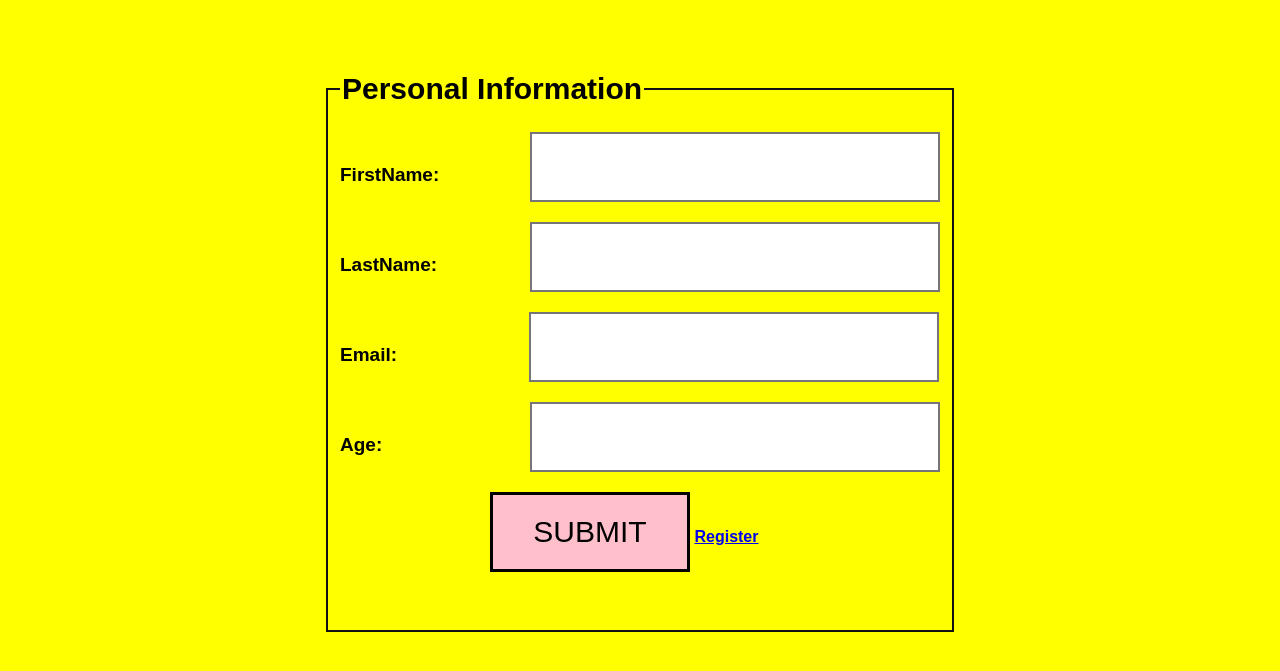
Repository: Femi007-gh/Legend
Page: index.html
An editor plug-in stored every save of this project. The page is shown before and after the next save, followed by the edit.
The browser window is 1280 px wide. The pictures show the whole page.

Above is the page before, as saved 2025-04-08 09:35:48.

After the next save:
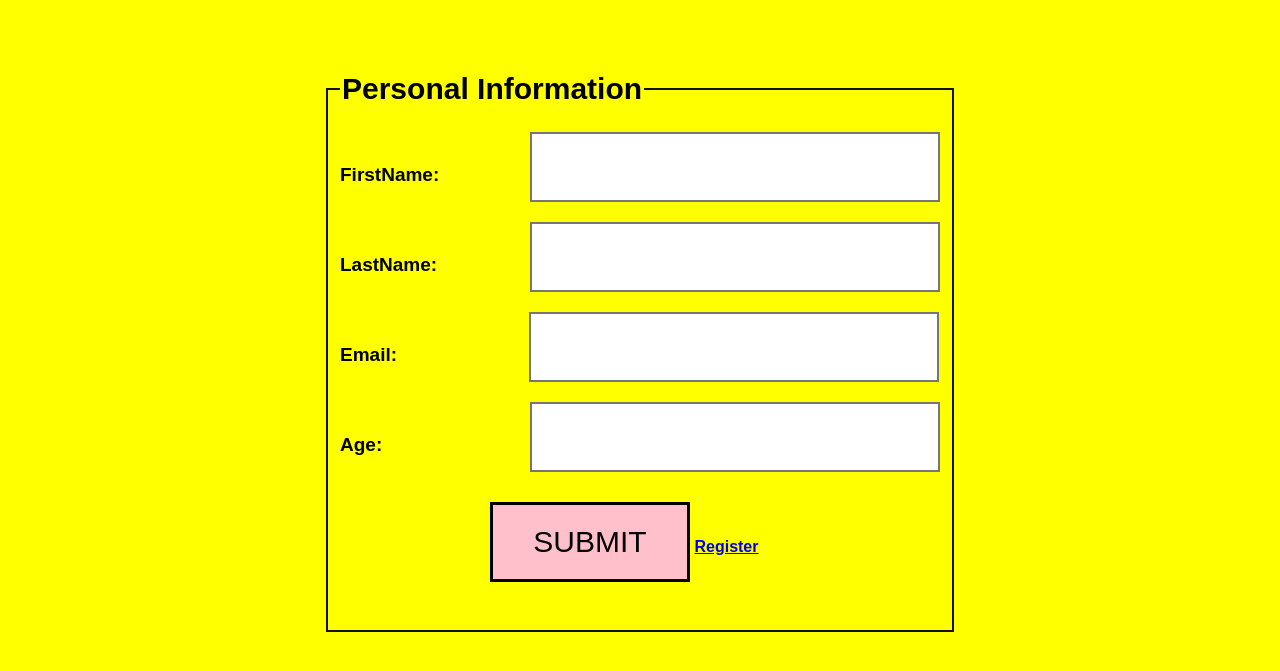
Saved 5 s later.
--- a/style.css
+++ b/style.css
@@ -61,7 +61,7 @@ input {
   height: 80px;
   width: 200px;
   margin-left: 150px;
-  margin-top: 20px;
+  margin-top: 30px;
   border: none;
   background-color: pink;
   border-style: solid;
